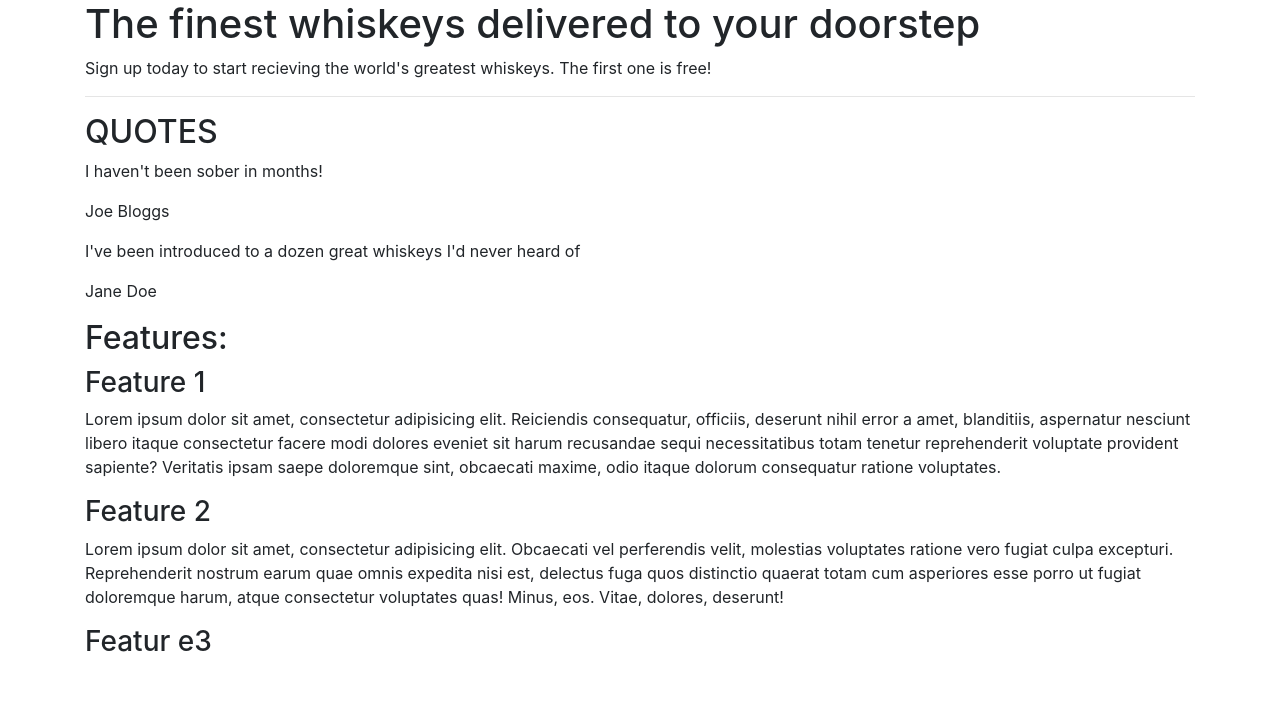
Repository: Matt-F90/Intro-to-bootstrap
Page: index..html
The author's editor kept a record of every edit. The page is drawn from the files as they stood at one moment, then again after the next edit.
The browser window is 1280 px wide. The pictures show the whole page.

Above is the page before.
Console error: TypeError: Cannot read properties of undefined (reading 'fn')

After the next edit:
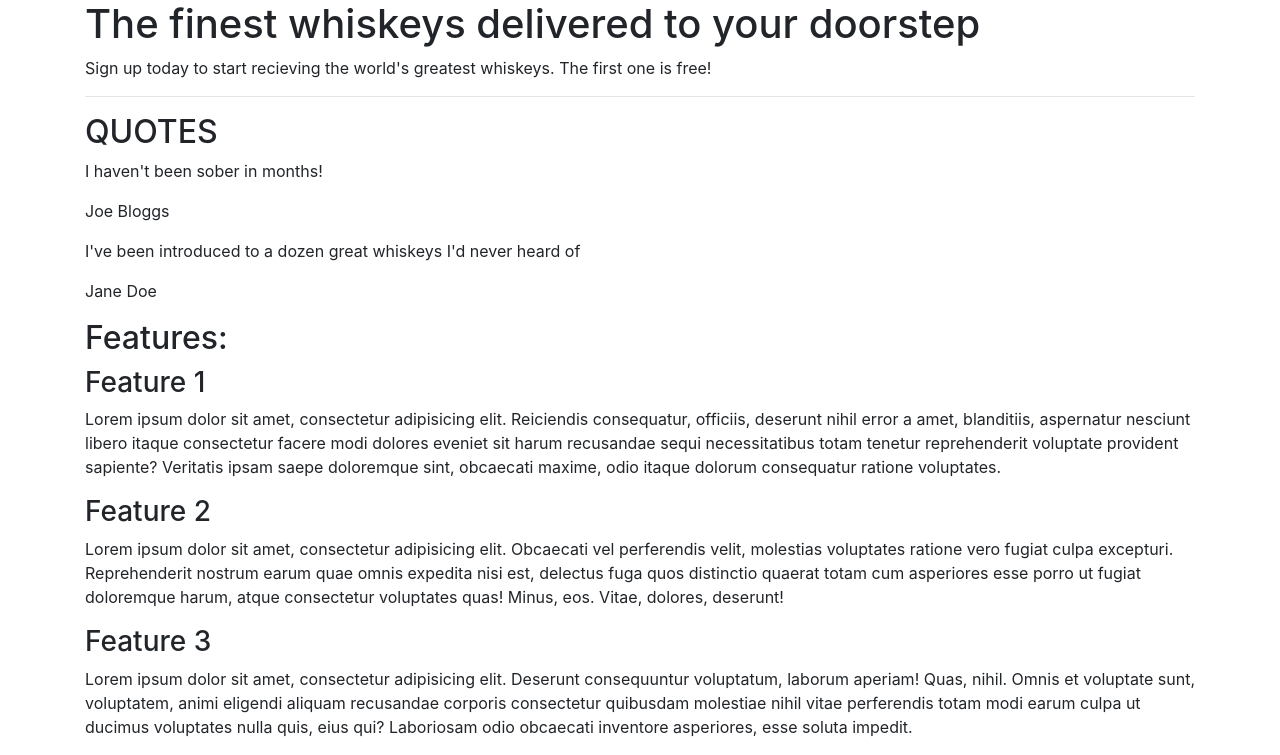
The edit:
--- a/index..html
+++ b/index..html
@@ -40,8 +40,8 @@
                 <p>Lorem ipsum dolor sit amet, consectetur adipisicing elit. Obcaecati vel perferendis velit, molestias voluptates ratione vero fugiat culpa excepturi. Reprehenderit nostrum earum quae omnis expedita nisi est, delectus fuga quos distinctio quaerat totam cum asperiores esse porro ut fugiat doloremque harum, atque consectetur voluptates quas! Minus, eos. Vitae, dolores, deserunt!</p>
             </div>
             <div class="feature">
-                <h3>Featur e3</h3>
-                <p></p>
+                <h3>Feature 3</h3>
+                <p>Lorem ipsum dolor sit amet, consectetur adipisicing elit. Deserunt consequuntur voluptatum, laborum aperiam! Quas, nihil. Omnis et voluptate sunt, voluptatem, animi eligendi aliquam recusandae corporis consectetur quibusdam molestiae nihil vitae perferendis totam modi earum culpa ut ducimus voluptates nulla quis, eius qui? Laboriosam odio obcaecati inventore asperiores, esse soluta impedit.</p>
             </div>
         </section>
     </article>
